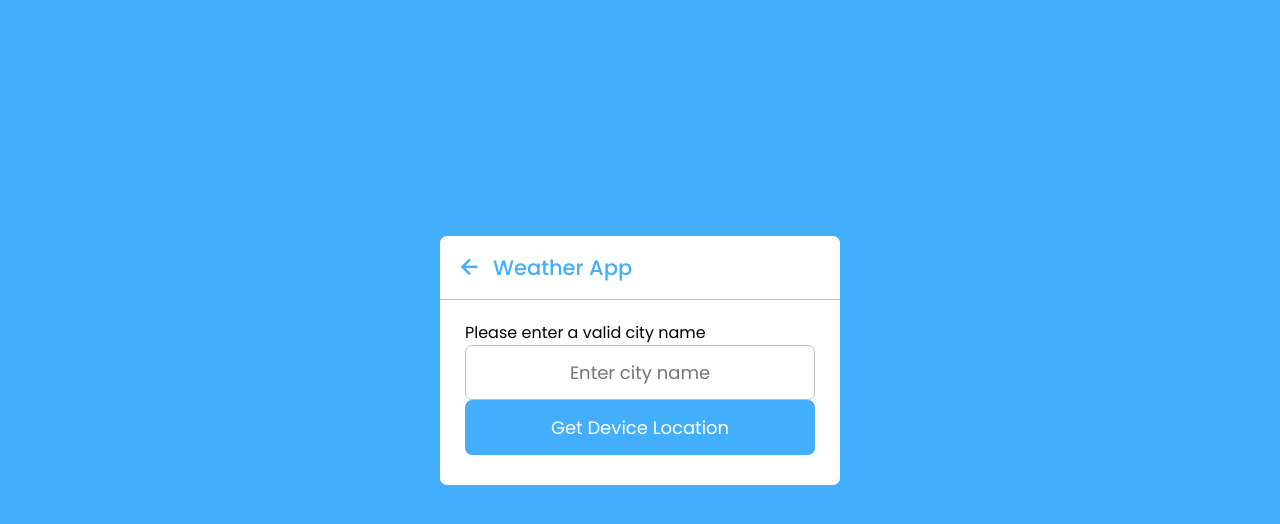
Repository: long13820/Weather-App-HTML-CSS-Javascript
Page: index.html
These files come from the project's save history. The page is drawn as it stood at one moment and after a run of saves; the edit follows.
The browser window is 1280 px wide. The pictures show the whole page.

Above is the page before, as saved 2021-09-02 01:03:01.

After the next 3 saves:
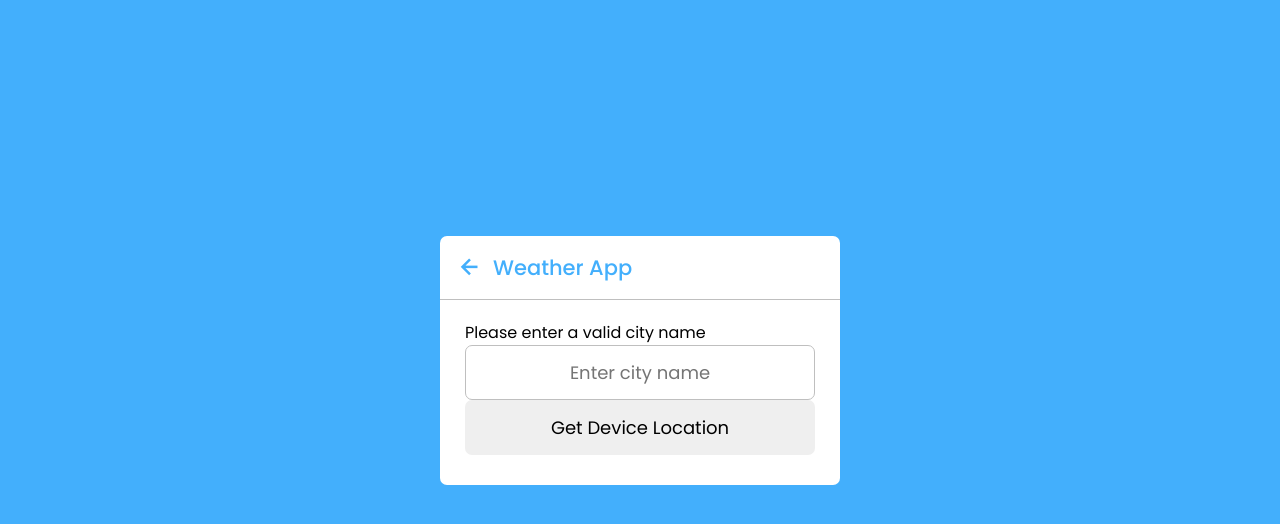
The 3 saves are shown as one change because they came seconds apart.
The last was saved 12 s later.
--- a/style.css
+++ b/style.css
@@ -48,6 +48,7 @@
     text-align: center;
     border: 1px solid #bfbfbf;
 }
+.input-part
 .input-part button{
     color: white;
     cursor: pointer;

After the save that followed:
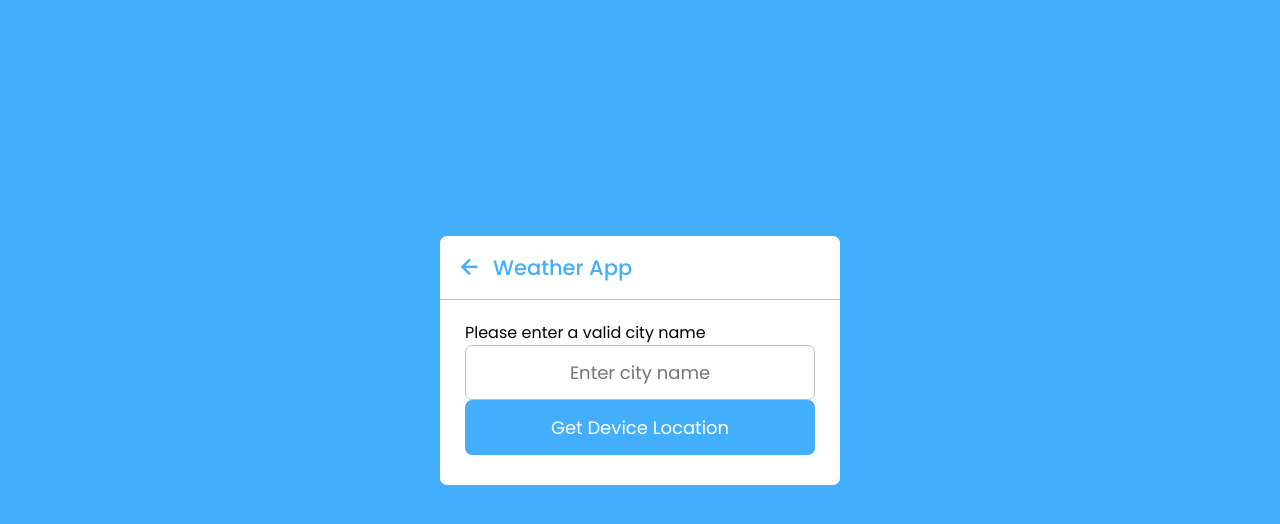
Saved 10 s later.
--- a/style.css
+++ b/style.css
@@ -48,7 +48,9 @@
     text-align: center;
     border: 1px solid #bfbfbf;
 }
-.input-part
+.input-part .separator{
+
+}
 .input-part button{
     color: white;
     cursor: pointer;
